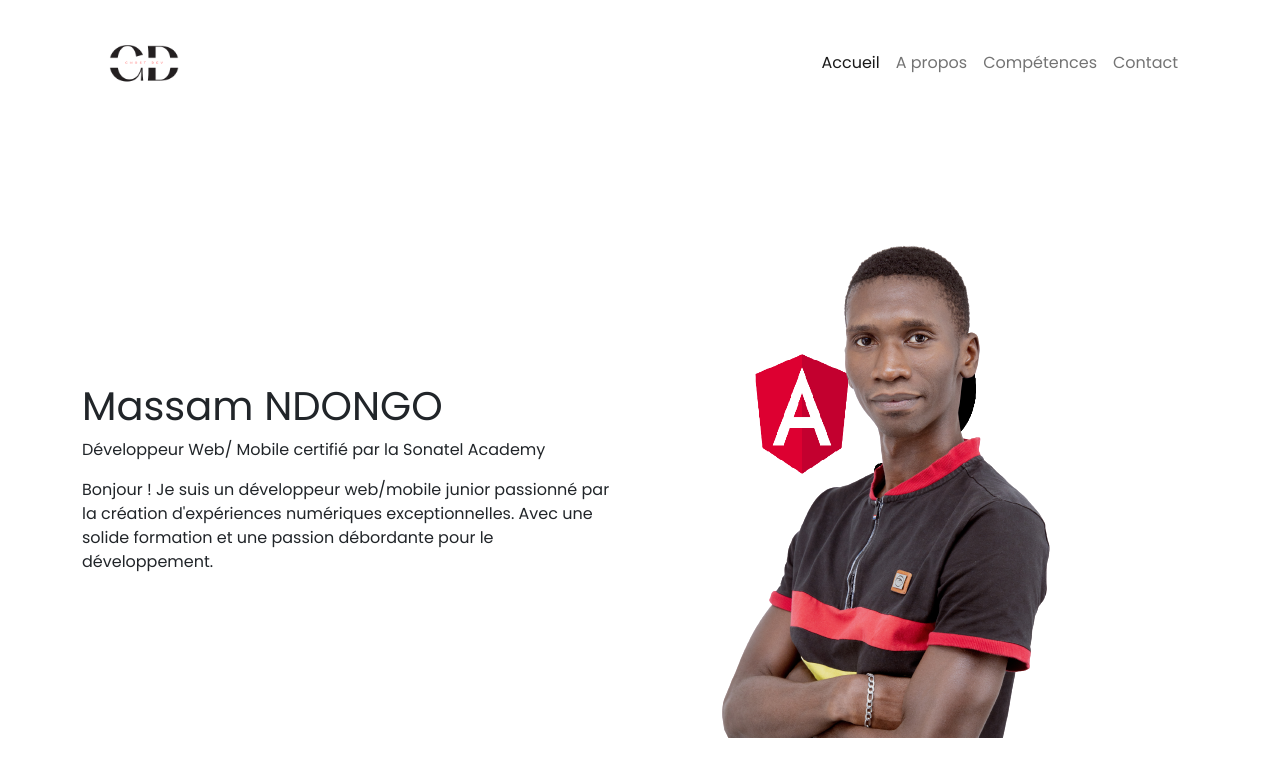
Repository: massndongo/portfolio1
Page: index.html
These files come from the project's save history. The page is drawn as it stood at one moment and after the next save; the edit follows.
The browser window is 1280 px wide. The pictures show the part of the page from y = 0 to 773 px (the page is 2111 px tall).
A picture or video elsewhere on the page could not be fetched, so the positions and the page height are approximate.

Above is the page before, as saved 2023-05-29 19:12:21.

After the next save:
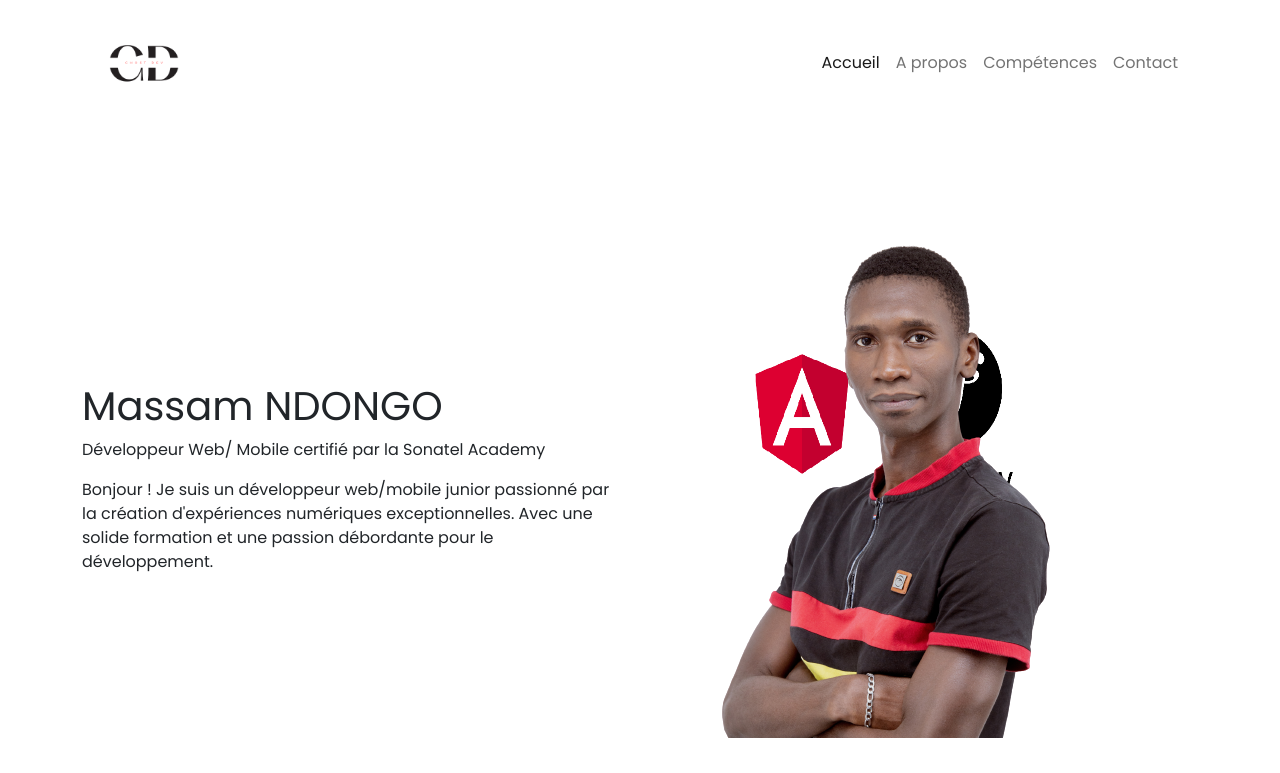
Saved 11 s later.
--- a/assets/css/main.css
+++ b/assets/css/main.css
@@ -59,6 +59,6 @@
 
     position: absolute;
     margin-top: 6%;
-    margin-left: 10%;
+    margin-left: 12%;
     z-index: -1;
 }
